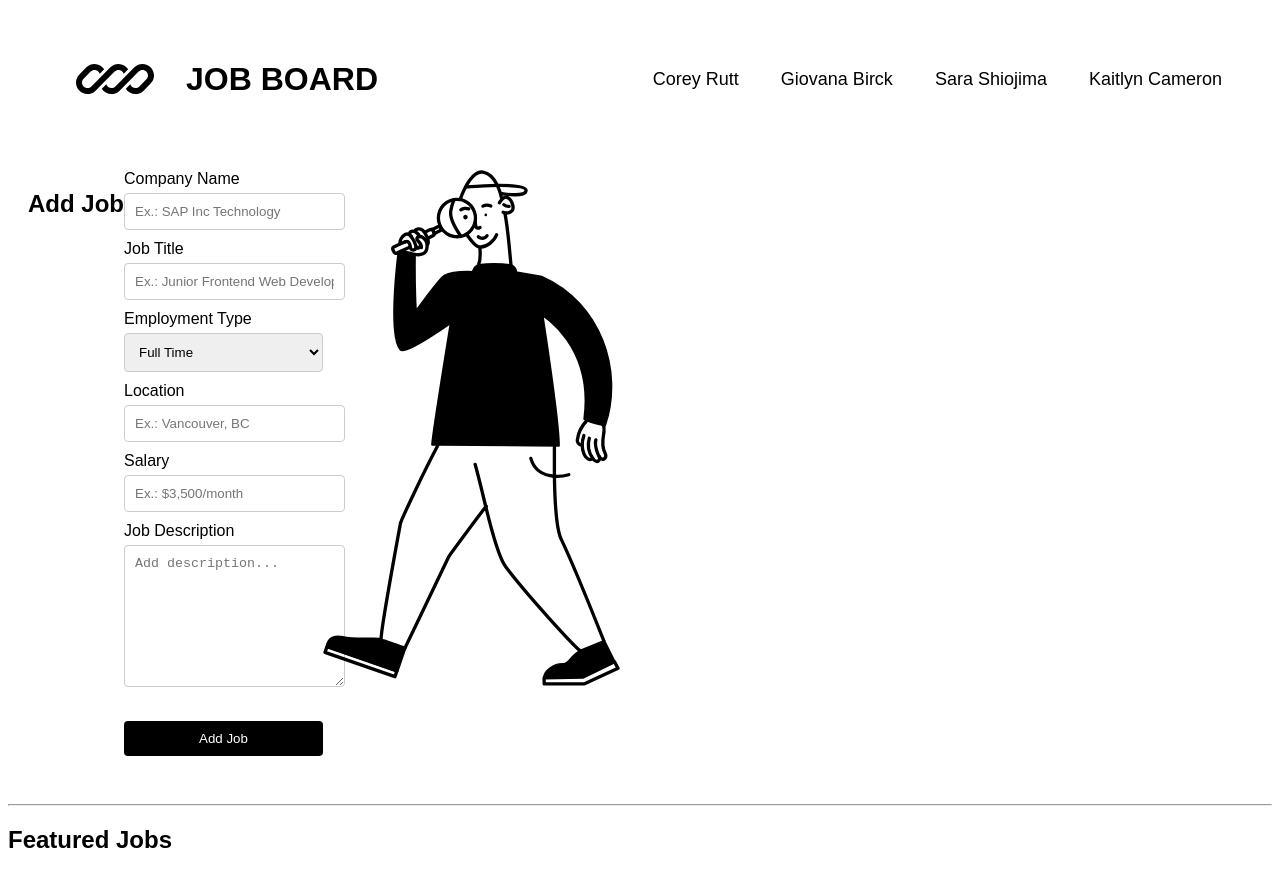
Repository: kcameron37/Final-Project-FrontEnd
Page: /
The author's editor kept a copy of each file at every save. The page is drawn from the files as they stood at one save, then again after the next save.
The browser window is 1280 px wide. The pictures show the whole page.
The project was rebuilt for these pictures with package versions that can differ from the ones it lists, and the page was loaded fresh each time.

Above is the page before, as saved 2023-11-14 20:22:32.

After the next save:
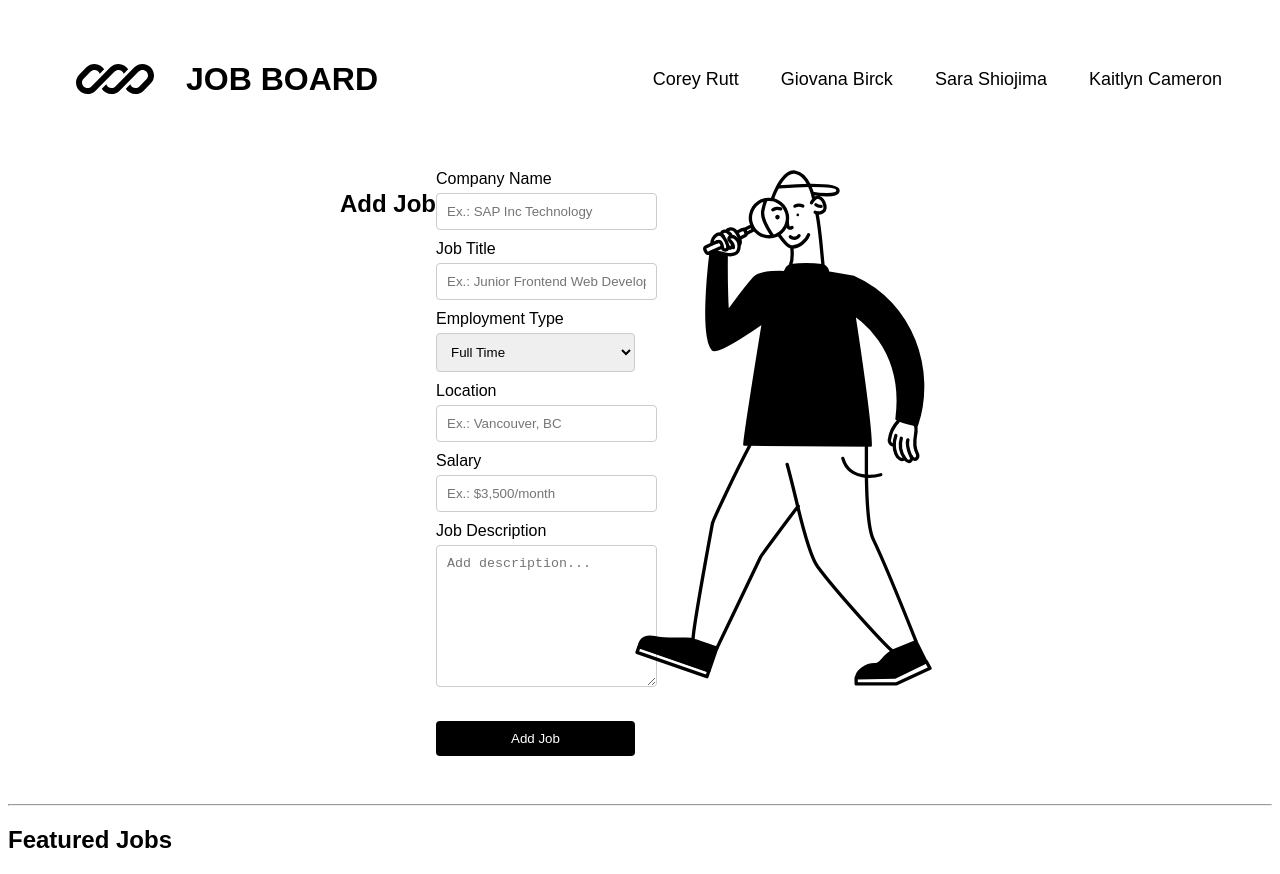
Saved 11 s later.
--- a/src/components/addJob.module.css
+++ b/src/components/addJob.module.css
@@ -1,6 +1,6 @@
 .formContainer {
     display: flex;
-    max-width: 80em;
+    max-width: 600px;
     margin: auto; /* Center the form in the middle of the page */
     padding: 20px;
   }
